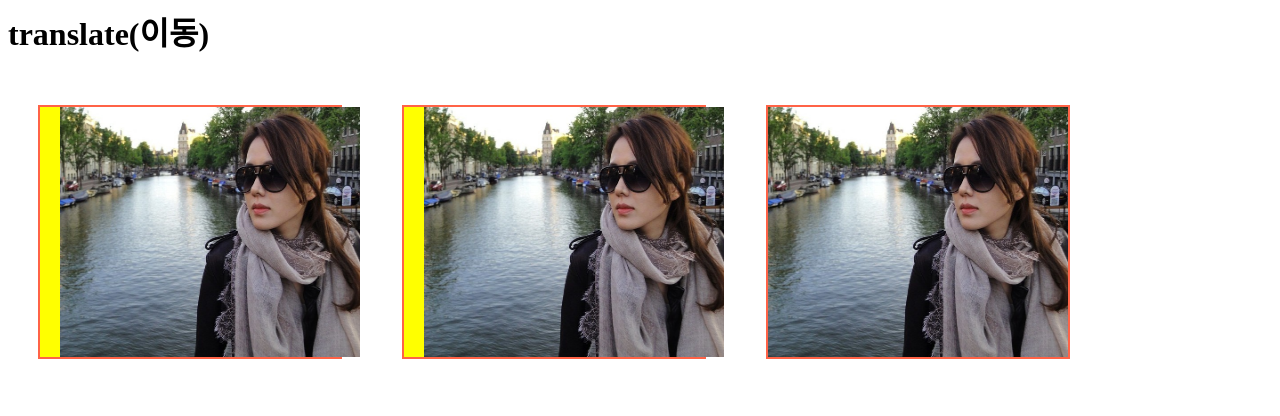
Repository: hojohe/bit-java
Page: 07_css/WebContent/14_transform/01_translate.htm
The author's editor kept a copy of each file at every save. The page is drawn from the files as they stood at one save, then again after a run of saves.
The browser window is 1280 px wide. The pictures show the whole page.

Above is the page before, as saved 2017-01-25 01:33:47.

### 07_css/WebContent/14_transform/01_translate.htm
<!--
변형 관련 스타일
   - 웹 요소의 위치를 옮기거나 크기를 조절하고 회전, 왜곡시키는 것


     ----------------------------   X축                         Z축
     |                                                        \
     |                                                         \
     |                                                          \
     |                                                           \
     |                                                             ---------  X축
     |                                                             |
     |                                                             |
     |         2차원 좌표                                                |     3차원 좌표
     |                                                             |
     |                                                             |

     Y축                                                                  Y축

   - X, Y 축 값이 커질수록 오른쪽, 아래쪽으로 내려감
   - Z 축은 값이 커질수록 앞으로 작을 수록 뒤로

1. transform: 변형함수 값
   - 변형함수
     1. translate(이동)
         1. translate(tx, ty)
         2. translate3d(tx, ty, tz)
         3. translateX(tx)
         4. translateY(ty)
         5. translateZ(tz)

     2. scale(확대 / 축소)
         1. scale(tx, ty)
         2. scale3d(tx, ty, tz)
         3. scaleX(tx)
         4. scaleY(ty)
         5. scaleZ(tz)

     3. rotate(회전)
         1. rotate(각도)
         2. rotate3d(tx, ty, tz, 각도)
            : tx, ty, tz - 축의 비율을 결정
         3. rotateX(각도)
         4. rotateY(각도)
         5. rotateZ(각도)
            : 각도가 양수일 경우 시계방향 회전, 음수는 반시계 방향

     4. skew(비틀기)
         1. skew(x각도, y각도) : y각도를 주지 않으면 0으로 설정됨
         2. skewX(x각도)
         3. skewY(y각도)

2. transform-origin: x축, y축 값;
     - x축 : 원점에서의 좌표나 길이 값이나 백분율, left, center, right
     - y축 : 원점에서의 좌표나 길이 값이나 백분율, top, center, bottom

 -->
<html>
<head>
<title> translate (이동) </title>
<meta charset="utf-8" />
<style>
	div {
		background: yellow;
		width: 300px;
		height: 250px;
		border: 2px solid tomato;
		float: left;
		margin: 30px;
	}

	img {
		width: 300px; height: 250px;
	}

	#x > img { transform: translateX(20px); }
	#y > img { transform: translateX(20px); }
</style>
</head>
<body>
	<h1>translate(이동)</h1>
    <div id="x"><img src="../images/pic1.jpg" /></div>
    <div id="y"><img src="../images/pic1.jpg" /></div>
    <div id="all"><img src="../images/pic1.jpg" /></div>
</body>
</html>

After the next 3 saves:
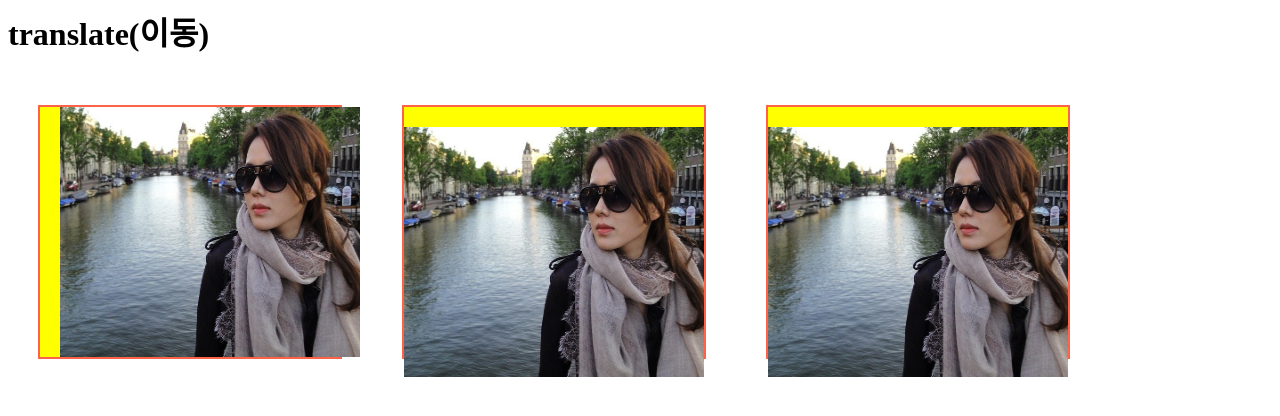
The 3 saves are shown as one change because they came seconds apart.
The last was saved 11 s later.
--- a/07_css/WebContent/14_transform/01_translate.htm
+++ b/07_css/WebContent/14_transform/01_translate.htm
@@ -74,7 +74,8 @@
 	}
 
 	#x > img { transform: translateX(20px); }
-	#y > img { transform: translateX(20px); }
+	#y > img { transform: translateY(20px); }
+	#all > img { transform: translateY(20px); }
 </style>
 </head>
 <body>
